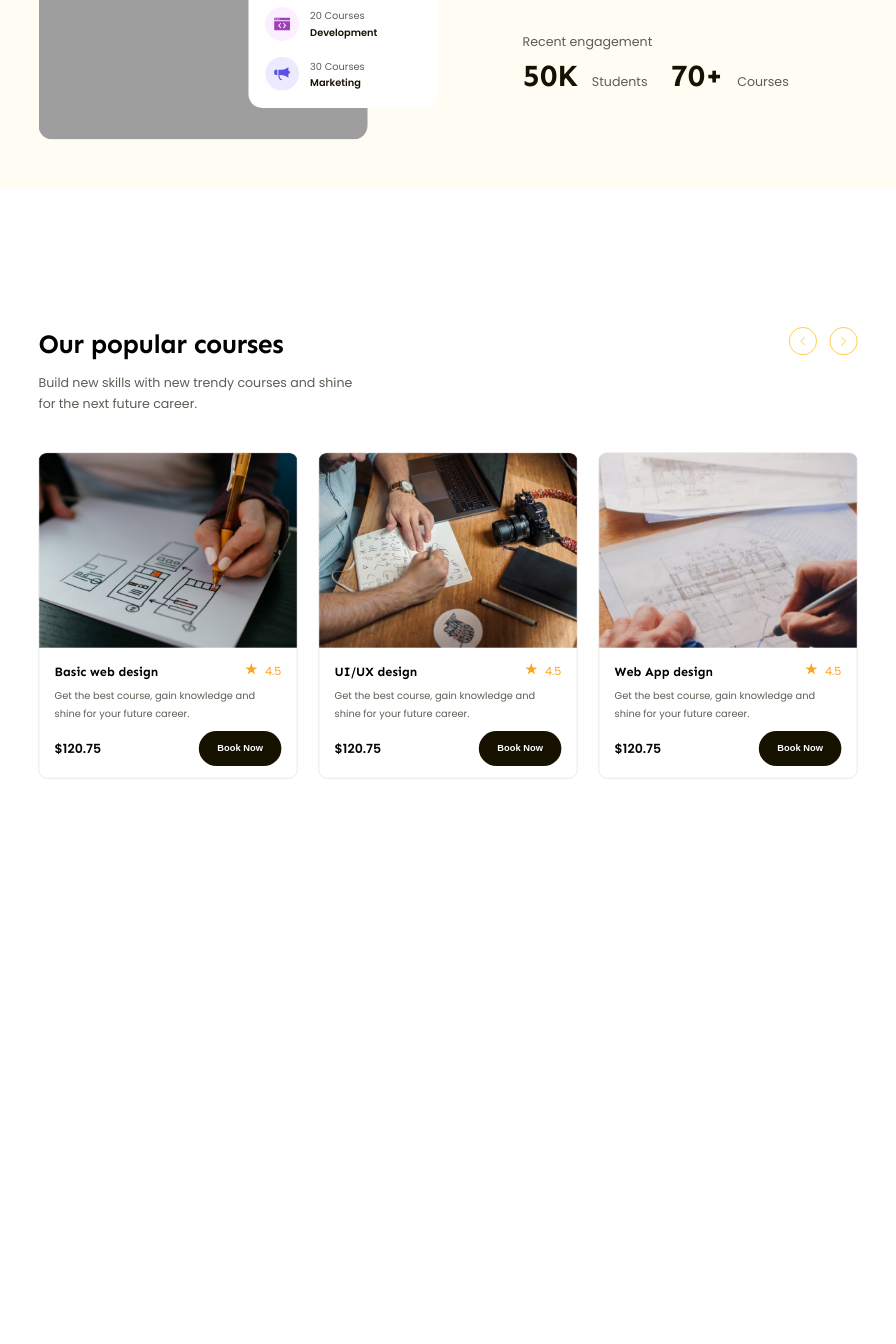
Repository: Toihoclaptrinh/duan1_figma
Page: index.html
An editor plug-in stored every save of this project. The page is shown before and after the next save, followed by the edit.
The browser window is 1280 px wide. The pictures show the part of the page from y = 636 to 2556 px (the page is 10000 px tall), at 70% of full size.
Pictures or frames that could not be fetched are drawn as grey boxes.

Above is the page before, as saved 2024-02-09 16:54:39.

After the next save:
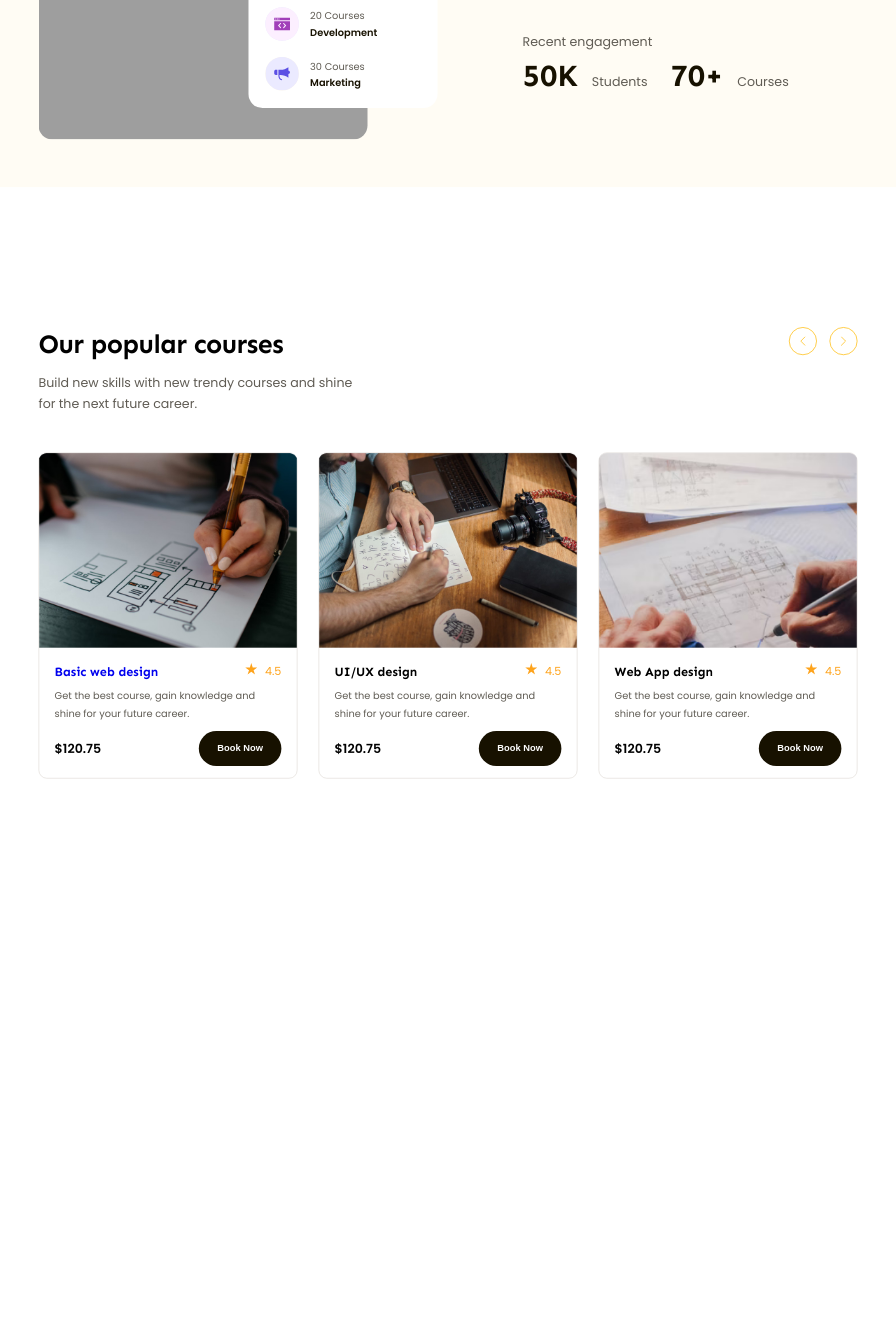
Saved 50 s later.
--- a/index.html
+++ b/index.html
@@ -151,7 +151,7 @@
               <a href="!="><img src="./assets/img/thumb.jpg" alt="Basic web design" class="thumb"></a>
               <div class="info">
                 <div class="head">
-                  <h3 class="title">Basic web design</h3>
+                  <h3 class="title"><a href="!#">Basic web design</a></h3>
                   <div class="rating">
                       <img src="./assets/icon/Star.svg" alt="star" class="star">
                       <span class="value">4.5</span>
